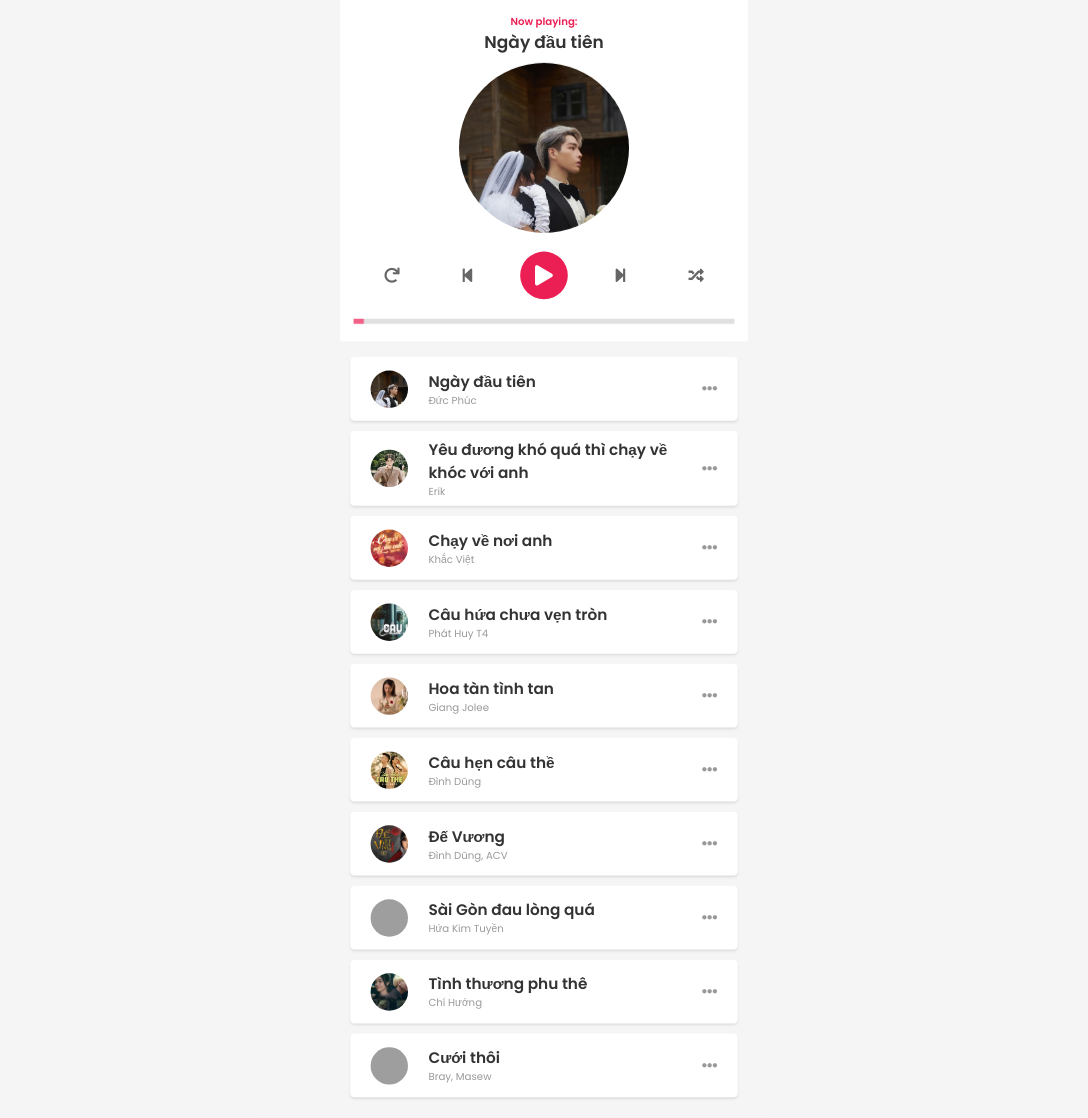
Repository: KienCao2000/demo-music
Page: index.html
The author's editor kept a copy of each file at every save. The page is drawn from the files as they stood at one save, then again after the next save.
The browser window is 1280 px wide. The pictures show the whole page, at 85% of full size.
Pictures or frames that could not be fetched are drawn as grey boxes.

Above is the page before, as saved 2022-02-26 08:43:40.

After the next save:
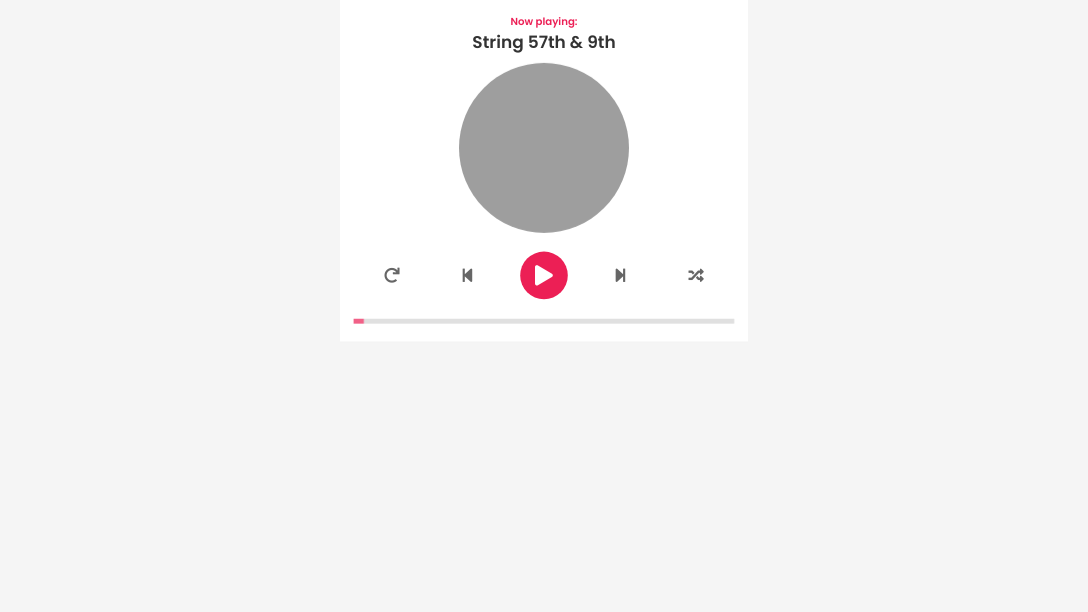
Console error: TypeError: Cannot set properties of null (setting 'onclick')
Saved 3 min 45 s later.
--- a/index.html
+++ b/index.html
@@ -83,12 +83,14 @@
         const nextBtn = $('.btn-next')
         const prevBtn = $('.btn-prev')
         const randomBtn = $('.btn-random')
+        const repeatBtn = $('.repeat')
 
         // render
         const app = {
           currentIndex: 0,
           isPlaying: false,
           isRandom: false,
+          isRepeat: false,
           songs: [
             {
               name: 'Ngày đầu tiên',
@@ -265,6 +267,12 @@
               audio.onended = function() {
                 nextBtn.click();
               }
+
+              // xử lý lặp lại song
+              repeatBtn.onclick = function() {
+                _this.isRepeat = !_this.isRepeat;
+                repeatBtn.classList.toggle("active", _this.isRepeat);
+              }
           },
           loadCurrentSong: function() {
             heading.textContent = this.currentSong.name

After the 2 saves that followed:
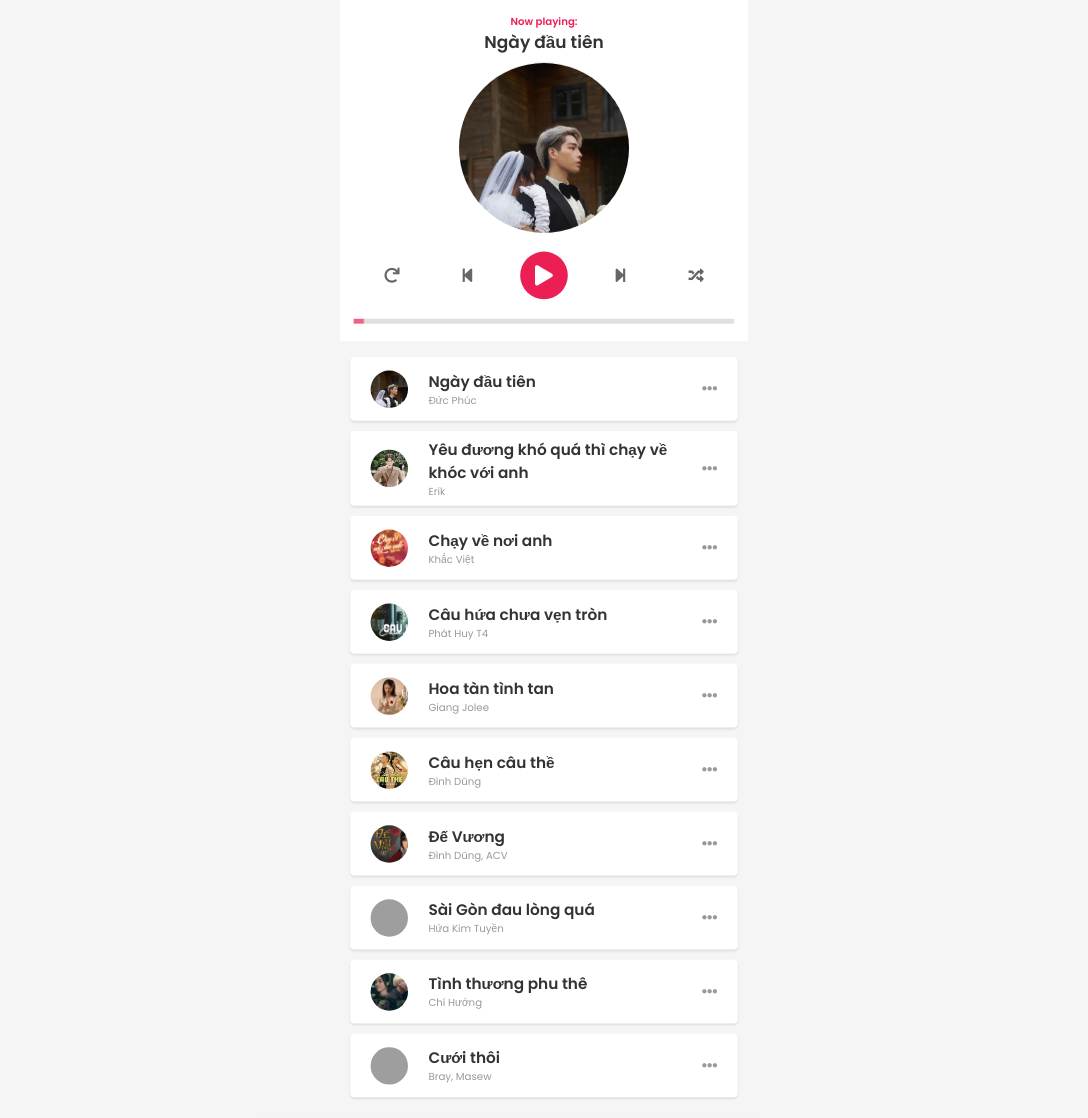
The error is gone.
The 2 saves are shown as one change because 1 left the picture as it was.
The last was saved 97 s later.
--- a/index.html
+++ b/index.html
@@ -269,10 +269,10 @@
               }
 
               // xử lý lặp lại song
-              repeatBtn.onclick = function() {
-                _this.isRepeat = !_this.isRepeat;
-                repeatBtn.classList.toggle("active", _this.isRepeat);
-              }
+              // repeatBtn.onclick = function() {
+              //   _this.isRepeat = !_this.isRepeat;
+              //   repeatBtn.classList.toggle('active', _this.isRepeat);
+              // }
           },
           loadCurrentSong: function() {
             heading.textContent = this.currentSong.name
